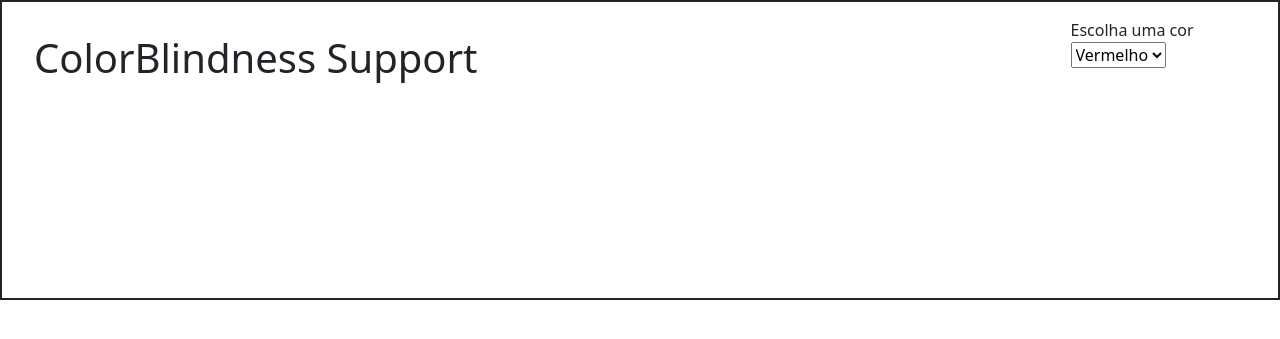
Repository: pedrosiqueira/daltonchrome
Page: popup.html
These files come from the project's save history. The page is drawn as it stood at one moment and after the next save; the edit follows.
The browser window is 1280 px wide. The pictures show the whole page.

Above is the page before, as saved 2022-06-17 13:04:20.

After the next save:
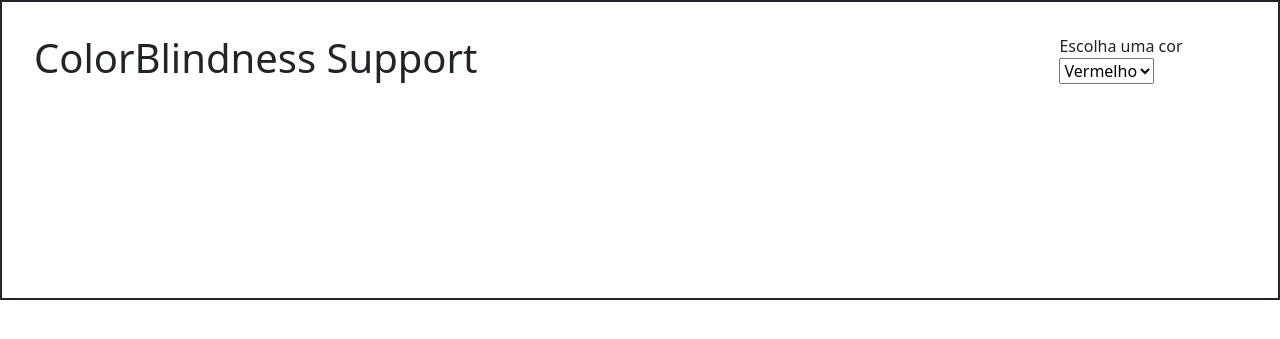
Saved 6 s later.
--- a/popup.html
+++ b/popup.html
@@ -26,7 +26,7 @@
 
     </div>
 
-    <div class="flex">
+    <div class="flex p-3">
         <label for="cores">Escolha uma cor</label>
 
         <select name="cores" id="cores">
